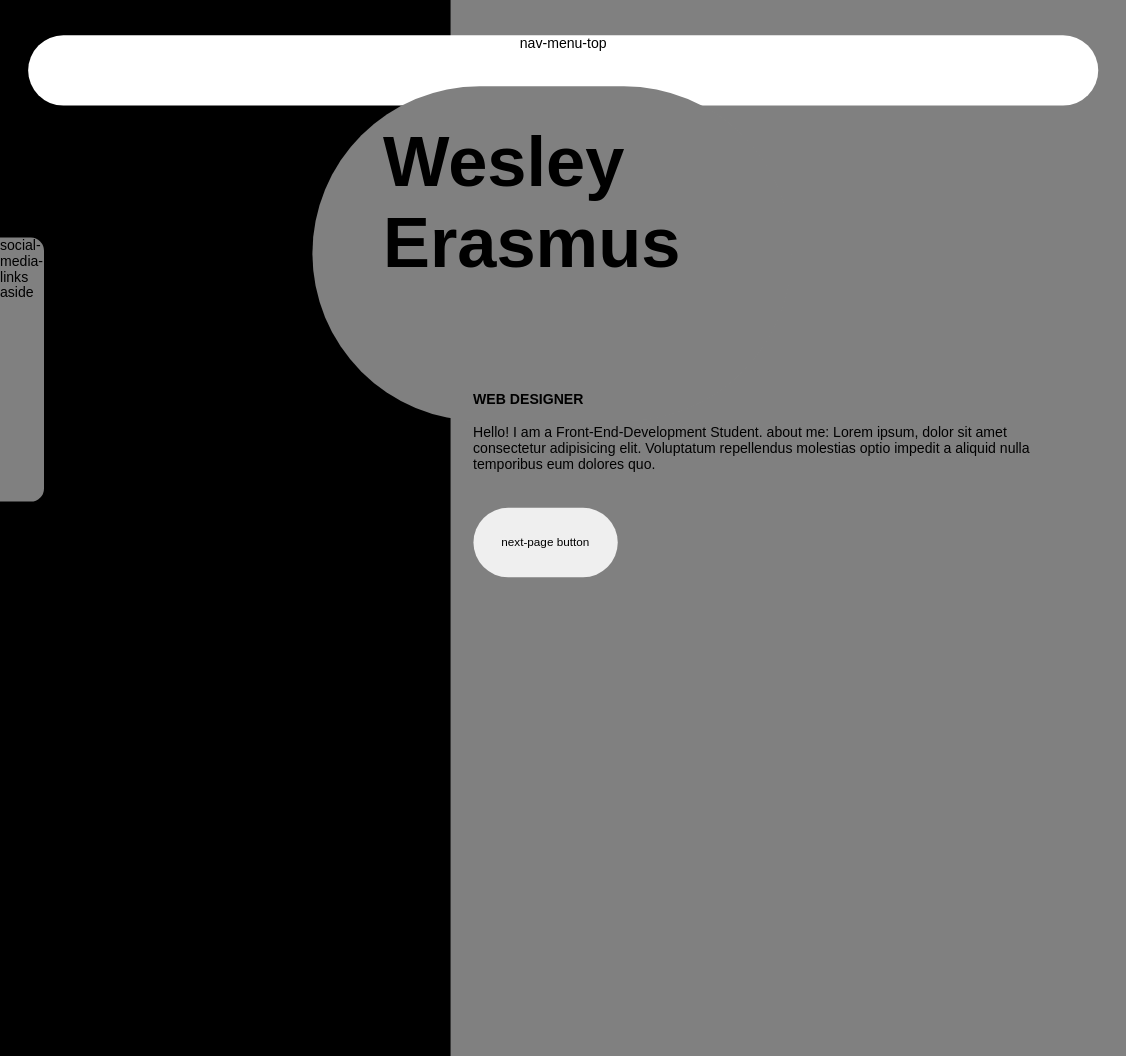
Repository: WesleyErasmus/MyDigitalResume-4
Page: index.html
The author's editor kept a copy of each file at every save. The page is drawn from the files as they stood at one save, then again after the next save.
The browser window is 1280 px wide. The pictures show the whole page, at 88% of full size.

Above is the page before, as saved 2022-02-15 21:51:04.

After the next save:
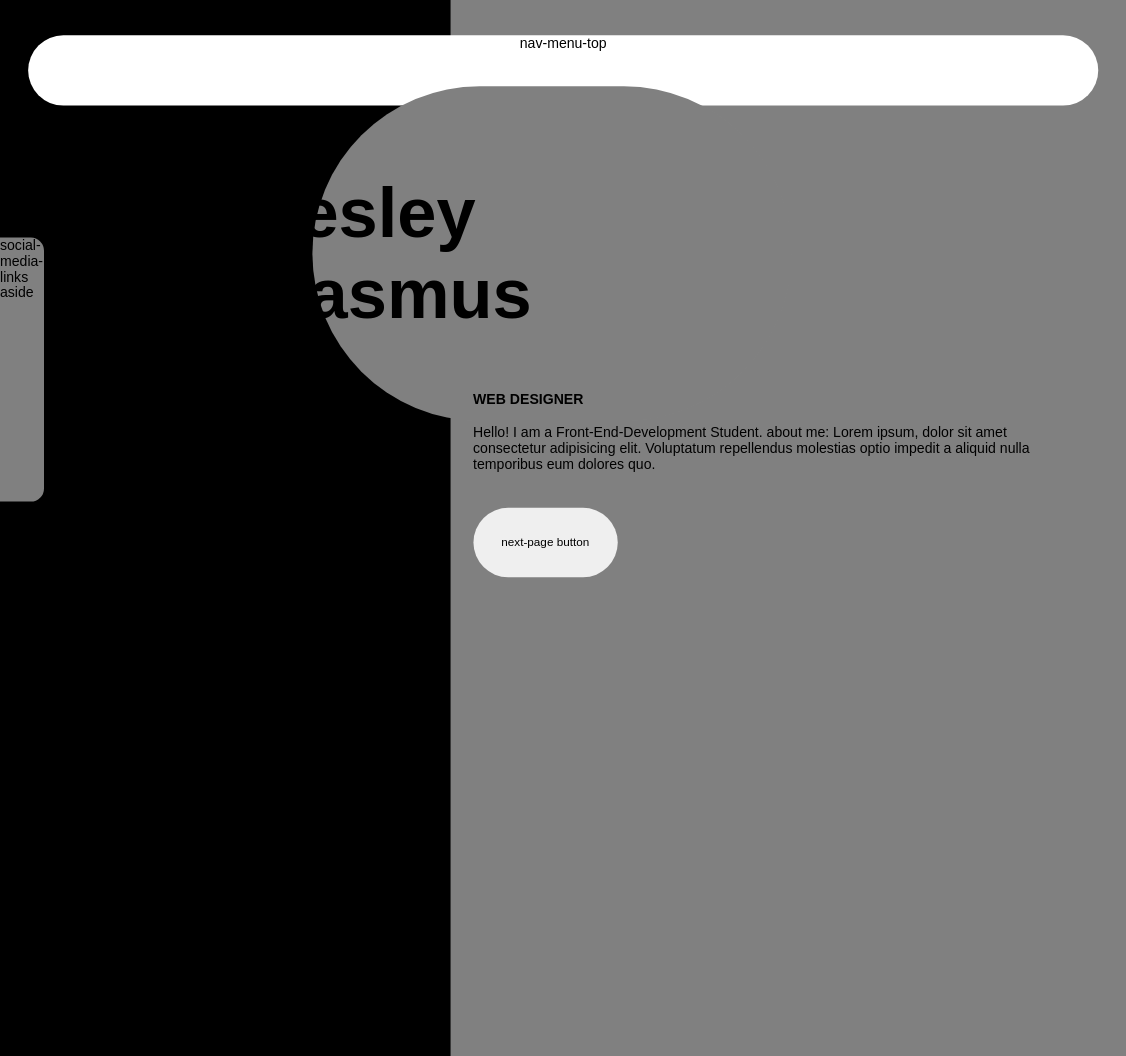
Saved 19 s later.
--- a/stylesheet.css
+++ b/stylesheet.css
@@ -59,7 +59,7 @@ padding: 40px 80px 40px 80px;
 font-size: 80px;
 border-radius: 200px;
 }
-span#name {
+span {
     position: absolute;
     top: 50%;
     transform: translate(-50%, -50%);
